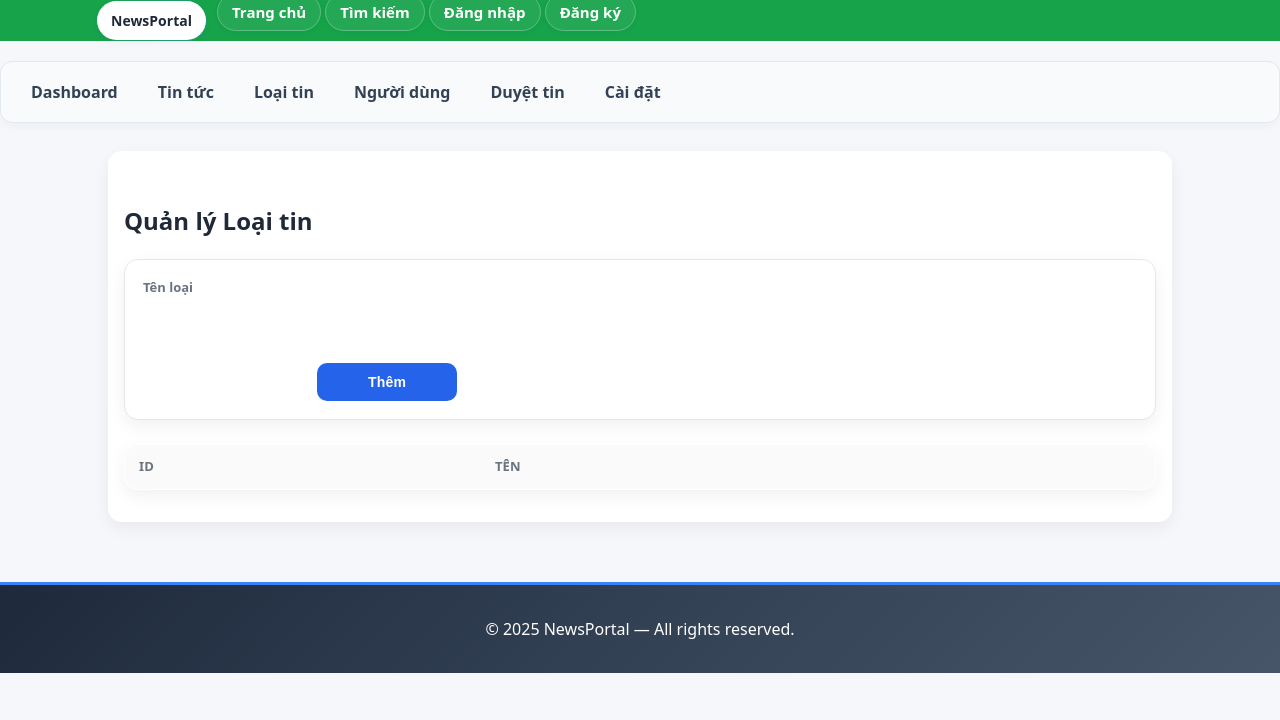
Repository: minhtvpy00202-git/Assignment_PY00202_MinhTV
Page: http://localhost/NewsPortal_PY00202/WEB-INF/views/admin/categories.jsp
An editor plug-in stored every save of this project. The page is shown before and after the next save, followed by the edit.
The browser window is 1280 px wide. The pictures show the whole page.
The page is served by Tomcat 10. Nobody is signed in. Other server files are loaded and not shown. The template is opened directly, without the code that normally fills it, so the values that code supplies are empty.

Above is the page before, as saved 2025-10-09 11:50:45.

### Assignment_NewsPortal/NewsPortal_PY00202/src/main/webapp/WEB-INF/views/admin/categories.jsp
<%@ page contentType="text/html; charset=UTF-8" pageEncoding="UTF-8"%>
<%@ taglib prefix="c" uri="jakarta.tags.core" %>
<%@ include file="../layout/header.jsp" %>
<jsp:include page="../layout/admin-sidebar.jsp"/>
<link rel="stylesheet" href="${pageContext.request.contextPath}/assets/css/admin-users.css">

<main class="container">
  <section class="content">
    <h1>Quản lý Loại tin</h1>

    <form class="form" method="post" action="${pageContext.request.contextPath}/admin/categories/create">
      <div class="grid" style="grid-template-columns:1fr 200px; gap:12px">
        <div>
          <label>Tên loại</label>
          <input name="name" required>
        </div>
        <div class="actions" style="align-items:end">
          <button class="btn" type="submit">Thêm</button>
        </div>
      </div>
    </form>

    <table class="table mt-24">
      <thead><tr><th>ID</th><th>Tên</th><th></th></tr></thead>
      <tbody>
        <c:forEach var="c" items="${categories}">
          <tr>
            <td>${c.id}</td>
            <td>${c.name}</td>
            <td class="actions">
              <a href="${pageContext.request.contextPath}/admin/categories/edit?id=${c.id}">Sửa</a>
              <a href="${pageContext.request.contextPath}/admin/categories/delete?id=${c.id}">Xóa</a>
            </td>
          </tr>
        </c:forEach>
      </tbody>
    </table>
  </section>
</main>

<%@ include file="../layout/footer.jsp" %>

### Assignment_NewsPortal/NewsPortal_PY00202/src/main/webapp/WEB-INF/views/layout/header.jsp
<%@ page contentType="text/html; charset=UTF-8" pageEncoding="UTF-8"%>
<%@ taglib prefix="c" uri="jakarta.tags.core"%>
<!DOCTYPE html>
<html lang="vi">
<head>
<meta charset="UTF-8">
<title><c:out
		value="${pageTitle != null ? pageTitle : 'NewsPortal'}" /></title>
<link rel="stylesheet"
	href="${pageContext.request.contextPath}/assets/css/style.css">
<link rel="stylesheet" href="${pageContext.request.contextPath}/assets/css/admin-users.css">

</head>
<body>
	<header>
		<div class="container nav">
			<a class="brand" href="${pageContext.request.contextPath}/home">
				<span class="dot"></span> <span>NewsPortal</span>
			</a>
			<nav class="menu">
				<a href="${pageContext.request.contextPath}/home">Trang chủ</a>
				<c:forEach var="cata" items="${categories}">
					<a href="${pageContext.request.contextPath}/category?id=${cata.id}">
						${cata.name} </a>
				</c:forEach>
				<a href="${pageContext.request.contextPath}/search">Tìm kiếm</a>
				<c:choose>
					<c:when test="${not empty sessionScope.user}">
						<c:if test="${sessionScope.user.role}">
							<a href="${pageContext.request.contextPath}/admin/dashboard">Quản
								trị</a>
						</c:if>
						<c:if test="${!sessionScope.user.role}">
							<a href="${pageContext.request.contextPath}/reporter/dashboard">Bảng
								điều khiển</a>
						</c:if>
						<a href="${pageContext.request.contextPath}/logout">Đăng xuất</a>
					</c:when>
					<c:otherwise>
						<a href="${pageContext.request.contextPath}/login">Đăng nhập</a>
						<a href="${pageContext.request.contextPath}/register">Đăng ký</a>
					</c:otherwise>
				</c:choose>
			</nav>
		</div>
	</header>

### Assignment_NewsPortal/NewsPortal_PY00202/src/main/webapp/WEB-INF/views/layout/footer.jsp
<%@ page contentType="text/html; charset=UTF-8" pageEncoding="UTF-8"%>
<footer>
  <div class="container">
    © <script>document.write(new Date().getFullYear())</script> NewsPortal — All rights reserved.
  </div>
</footer>
</body>
</html>

### Assignment_NewsPortal/NewsPortal_PY00202/src/main/webapp/WEB-INF/views/layout/admin-sidebar.jsp
<%@ page contentType="text/html; charset=UTF-8" pageEncoding="UTF-8"%>
<nav class="subnav">
  <a href="${pageContext.request.contextPath}/admin/dashboard">Dashboard</a>
  <a href="${pageContext.request.contextPath}/admin/news">Tin tức</a>
  <a href="${pageContext.request.contextPath}/admin/categories">Loại tin</a>
  <a href="${pageContext.request.contextPath}/admin/users">Người dùng</a>
  <a href="${pageContext.request.contextPath}/admin/news-approve">Duyệt tin</a>
  <a href="${pageContext.request.contextPath}/admin/settings">Cài đặt</a>
</nav>

### Assignment_NewsPortal/NewsPortal_PY00202/src/main/webapp/assets/css/admin-users.css
@charset "UTF-8";

/* ====== Admin Users — Clean CSS ====== */
/* Màu chủ đạo xanh lá*/
:root{
  --bg: #f7f9fb;
  --card: #ffffff;
  --text: #1f2937;
  --muted: #6b7280;
  --primary: #16a34a;
  --primary-600:#15803d;
  --accent: #10b981;
  --danger: #ef4444;
  --danger-600:#dc2626;
  --ring: rgba(16,185,129,.25);
  --border: #e5e7eb;
  --shadow: 0 8px 24px rgba(0,0,0,.06);
}

@media (prefers-color-scheme: dark){
  :root{
    --bg: #0b1220;
    --card: #0f172a;
    --text: #e5e7eb;
    --muted: #94a3b8;
    --primary: #22c55e;
    --primary-600:#16a34a;
    --accent: #34d399;
    --danger: #f87171;
    --danger-600:#ef4444;
    --ring: rgba(52,211,153,.25);
    --border: #1f2a44;
    --shadow: 0 10px 24px rgba(0,0,0,.35);
  }
}

/* Tổng thể */
html,body{
  background: var(--bg);
  color: var(--text);
  font-family: system-ui, -apple-system, Segoe UI, Roboto, Helvetica, Arial, "Apple Color Emoji", "Segoe UI Emoji", "Segoe UI Symbol";
  line-height: 1.5;
}

/* Tiêu đề */
h2{
  font-size: clamp(20px, 2.4vw, 28px);
  font-weight: 800;
  letter-spacing: -0.02em;
  margin: 16px 0 20px;
  display: inline-flex;
  align-items: center;
  gap: 10px;
}
h2::after{
  content:"";
  display:inline-block;
  width: 46px;
  height: 6px;
  border-radius: 999px;
  background: linear-gradient(90deg, var(--primary), var(--accent));
}

/* Hàng người dùng */
.user-row.card{
  display: grid;
  grid-template-columns: 1fr auto;
  align-items: center;
  gap: 16px;
  padding: 16px 18px;
  border: 1px solid var(--border);
  border-radius: 16px;
  background: var(--card);
  box-shadow: var(--shadow);
  transition: transform .18s ease, box-shadow .18s ease, border-color .18s ease;
  will-change: transform;
  margin-bottom: 12px;
}
.user-row.card:hover{
  transform: translateY(-2px);
  box-shadow: 0 14px 36px rgba(0,0,0,.10);
  border-color: rgba(16,185,129,.35);
}

/* Khối thông tin người dùng (bên trái) */
.user-row > div{
  display: flex;
  flex-wrap: wrap;
  align-items: center;
  gap: 8px 12px;
  min-width: 0;
}
.user-row strong{
  font-weight: 700;
}
.user-row strong + span,
.user-row strong + .badge,
.user-row strong + .badge + .badge{
  margin-left: 6px;
}
.user-row .muted{ color: var(--muted); }

.badge{
  display: inline-flex;
  align-items: center;
  gap: 6px;
  padding: 4px 10px;
  border-radius: 999px;
  font-size: 12px;
  font-weight: 700;
  letter-spacing: .2px;
  background: rgba(16,185,129,.08);
  color: var(--primary);
  border: 1px solid rgba(16,185,129,.20);
}
.badge.active{
  background: rgba(34,197,94,.10);
  color: #16a34a;
  border-color: rgba(34,197,94,.22);
}
.badge.inactive{
  background: rgba(148,163,184,.12);
  color: #64748b;
  border-color: rgba(148,163,184,.28);
}

.actions{
  display: flex;
  flex-wrap: wrap;
  align-items: center;
  gap: 8px;
  justify-content: flex-end;
  margin: 0;
}

/* Button base */
.btn{
  --btn-bg: var(--primary);
  --btn-bg-h: var(--primary-600);
  --btn-fg: #fff;
  --btn-bd: transparent;

  appearance: none;
  border: 1px solid var(--btn-bd);
  background: var(--btn-bg);
  color: var(--btn-fg);
  padding: 10px 14px;
  border-radius: 12px;
  font-weight: 700;
  font-size: 14px;
  letter-spacing: .2px;
  cursor: pointer;
  transition: transform .12s ease, filter .12s ease, background .12s ease, border-color .12s ease;
  outline: none;
}

/* Ghost (nền trong suốt, viền) */
.btn.ghost{
  --btn-bg: transparent;
  --btn-fg: var(--text);
  --btn-bd: var(--border);
  background: linear-gradient(var(--card), var(--card)) padding-box,
              linear-gradient(135deg, rgba(16,185,129,.45), rgba(59,130,246,.35)) border-box;
  border: 1px solid transparent;
}
.btn.ghost:hover{
  filter: brightness(1.02);
}

/* Danger */
.btn.danger{
  --btn-bg: var(--danger);
  --btn-bg-h: var(--danger-600);
}
.btn:hover{
  transform: translateY(-1px);
  filter: brightness(1.03);
  background: var(--btn-bg-h);
}
.btn:active{
  transform: translateY(0);
  filter: none;
}

.btn[disabled], .btn:disabled{
  opacity: .55;
  cursor: not-allowed;
  transform: none;
  filter: none;
}


.btn:focus-visible, .badge:focus-visible, .user-row.card:focus-within{
  box-shadow: 0 0 0 3px var(--ring);
}


.actions input[type="hidden"]{ display:none; }


.user-row.card:last-of-type{ margin-bottom: 24px; }

/* Responsive */
@media (max-width: 900px){
  .user-row.card{
    grid-template-columns: 1fr;
    gap: 12px;
  }
  .actions{
    justify-content: flex-start;
  }
}
@media (max-width: 520px){
  .btn{ padding: 9px 12px; font-size: 13px; }
  .badge{ font-size: 11px; padding: 3px 8px; }
  .user-row > div{ gap: 6px 10px; }
}


main, .container, .content{

  max-width: 1100px;
  margin-inline: auto;
  padding-inline: 16px;
}

/* Thanh điều hướng phụ trong admin */
.subnav {
  display: flex;
  flex-wrap: wrap;
  gap: 12px 20px;
  background: #f8fafc;
  border: 1px solid #e2e8f0;
  border-radius: 12px;
  padding: 12px 20px;
  margin: 20px 0 28px;
  box-shadow: 0 4px 10px rgba(0,0,0,0.03);
}

.subnav a {
  text-decoration: none;
  color: #334155;
  font-weight: 600;
  padding: 6px 10px;
  border-radius: 8px;
  transition: all .2s ease;
}

.subnav a:hover {
  color: #16a34a;
  background-color: rgba(22,163,74,0.08);
}


.subnav a.active {
  color: #fff;
  background-color: #16a34a;
}


@media (max-width: 600px) {
  .subnav {
    flex-direction: column;
    align-items: flex-start;
    gap: 8px;
    padding: 14px;
  }
  .subnav a {
    width: 100%;
    padding: 8px 12px;
  }
}

/* Màu & token cơ bản */
:root {
  --bg: #f6f7fb;
  --card: #ffffff;
  --text: #1f2937;
  --muted: #6b7280;
  --primary: #16a34a;      /* xanh lá dịu */
  --primary-600: #15803d;
  --danger: #ef4444;
  --danger-600: #dc2626;
  --border: #e5e7eb;
  --shadow: 0 6px 18px rgba(0,0,0,.06);
  --radius: 14px;
  --focus: 0 0 0 3px rgba(22,163,74,.25);
}

/* Nền tổng thể */
body { background: var(--bg); color: var(--text); }

/* Container chính */
main.container {
  max-width: 1100px;
  margin: 28px auto 60px;
  padding: 0 18px;
}

/* Tiêu đề trang */
main.container > h2 {
  font-size: 28px;
  font-weight: 800;
  letter-spacing: .2px;
  margin: 0 0 18px;
}

/* ===== Form CRUD ===== */
.form {
  background: var(--card);
  border: 1px solid var(--border);
  border-radius: var(--radius);
  box-shadow: var(--shadow);
  padding: 18px;
  display: grid;
  grid-template-columns: 1fr 1fr;
  gap: 14px 18px;
  margin-bottom: 22px;
}

.form label {
  font-size: 13px;
  color: var(--muted);
  display: block;
  margin-bottom: 6px;
}

.form input[type="text"],
.form input[type="email"],
.form input[type="password"],
.form input[type="file"],
.form select,
.form textarea {
  width: 100%;
  font-size: 15px;
  color: var(--text);
  background: #fcfcfd;
  border: 1px solid var(--border);
  border-radius: 10px;
  padding: 10px 12px;
  outline: none;
  transition: box-shadow .15s ease, border-color .15s ease, background .15s ease;
}

.form textarea { min-height: 160px; grid-column: 1 / -1; }

.form input:focus,
.form select:focus,
.form textarea:focus {
  border-color: var(--primary);
  box-shadow: var(--focus);
  background: #fff;
}

/* Hàng nút hành động của form */
.form button,
.form .btn {
  align-self: start;
}

.form .btn + .btn { margin-left: 8px; }

/* Gộp nút “Hủy” ở bên phải nếu có */
.form a.btn { text-decoration: none; }

/* Trải dài toàn bộ form cho 1 số trường */
.form [name="title"],
.form [name="thumbnail"] { grid-column: 1 / -1; }

/* ===== Buttons ===== */
.btn {
  display: inline-flex;
  align-items: center;
  gap: 8px;
  height: 38px;
  padding: 0 14px;
  border-radius: 10px;
  border: 1px solid transparent;
  background: var(--primary);
  color: #fff;
  font-weight: 600;
  cursor: pointer;
  transition: transform .04s ease, background .15s ease, box-shadow .15s ease;
}

.btn:hover { background: var(--primary-600); }
.btn:active { transform: translateY(1px); }
.btn.ghost {
  background: transparent;
  color: var(--primary);
  border-color: var(--primary);
}
.btn.ghost:hover { background: rgba(22,163,74,.08); }

.btn.danger {
  background: var(--danger);
}
.btn.danger:hover { background: var(--danger-600); }

/* ===== Table list ===== */
.table {
  width: 100%;
  border-collapse: collapse;
  background: var(--card);
  border: 1px solid var(--border);
  border-radius: var(--radius);
  box-shadow: var(--shadow);
  overflow: hidden; /* bo tròn header */
}

.table thead th {
  text-align: left;
  font-size: 13px;
  color: var(--muted);
  font-weight: 700;
  letter-spacing: .2px;
  background: #fafafa;
  border-bottom: 1px solid var(--border);
  padding: 12px 14px;
}

.table tbody td {
  padding: 14px;
  border-top: 1px solid var(--border);
  vertical-align: top;
}

.table tbody tr:hover { background: #fcfcff; }

/* Cột hành động */
.table td.actions {
  white-space: nowrap;
}

.table td.actions a {
  margin-right: 8px;
  text-decoration: none;
  color: var(--primary-600);
  font-weight: 600;
}

.table td.actions form { display: inline-block; }
.table td.actions button {
  height: 32px;
  padding: 0 12px;
  font-size: 13px;
  border-radius: 8px;
}

/* ===== Small helpers ===== */
.alert {
  padding: 10px 12px;
  border-radius: 10px;
  border: 1px solid var(--border);
  background: #fffbe6;
  color: #7c6a00;
  margin-bottom: 16px;
}

/* ===== Responsive ===== */
@media (max-width: 820px) {
  .form { grid-template-columns: 1fr; }
  .table thead { display: none; }
  .table, .table tbody, .table tr, .table td { display: block; width: 100%; }
  .table tr { border-bottom: 1px solid var(--border); }
  .table td { border: none; padding: 10px 14px; }
  .table td.actions { padding-bottom: 16px; }
}

Loaded but not shown: Assignment_NewsPortal/NewsPortal_PY00202/src/main/webapp/assets/css/style.css (1671 lines, source omitted)

After the next save:
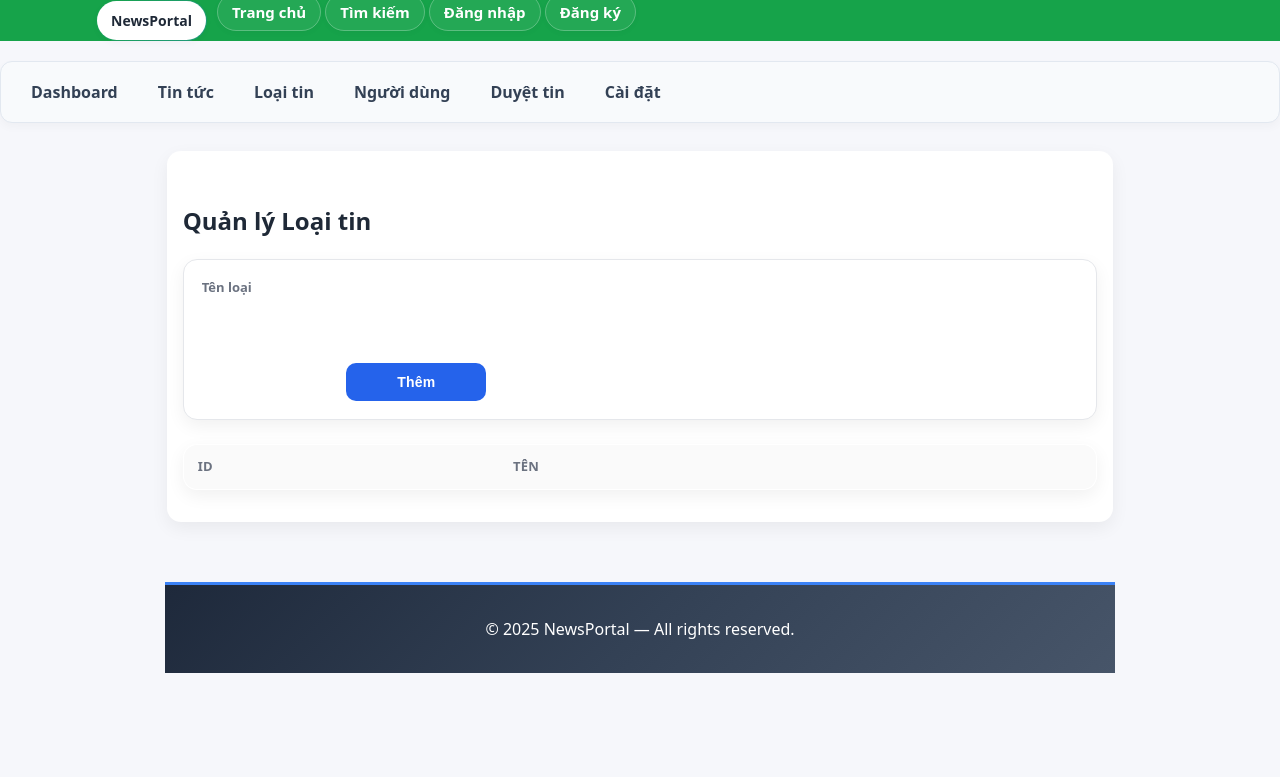
Saved 25 s later.
--- a/Assignment_NewsPortal/NewsPortal_PY00202/src/main/webapp/WEB-INF/views/admin/categories.jsp
+++ b/Assignment_NewsPortal/NewsPortal_PY00202/src/main/webapp/WEB-INF/views/admin/categories.jsp
@@ -3,7 +3,7 @@
 <%@ include file="../layout/header.jsp" %>
 <jsp:include page="../layout/admin-sidebar.jsp"/>
 <link rel="stylesheet" href="${pageContext.request.contextPath}/assets/css/admin-users.css">
-
+<main class="container admin-main">
 <main class="container">
   <section class="content">
     <h1>Quản lý Loại tin</h1>
@@ -37,5 +37,5 @@
     </table>
   </section>
 </main>
-
+<main class="container admin-main">
 <%@ include file="../layout/footer.jsp" %>
